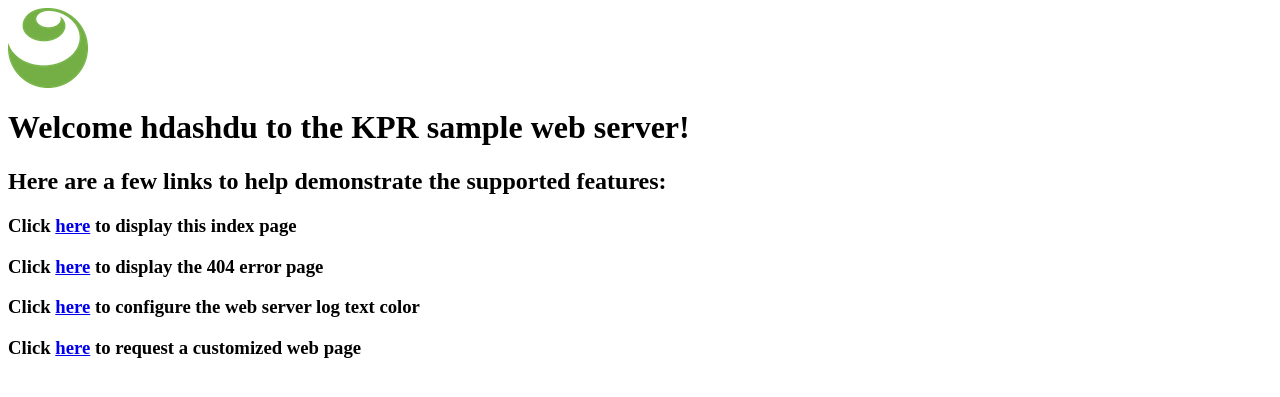
Repository: weiwei695/KPR_DreamHigh
Page: digital-rack-websockets-server/httpdocs/index.html
These files come from the project's save history. The page is drawn as it stood at one moment and after the next save; the edit follows.
The browser window is 1280 px wide. The pictures show the whole page.

Above is the page before, as saved 2015-08-03 07:33:30.

### digital-rack-websockets-server/httpdocs/index.html
<html>
   <body>
      <img src="/icon.png" width="80" height="80"/>
      <h1>Welcome hdashdu to the KPR sample web server!</h1>
	  <h2>Here are a few links to help demonstrate the supported features:</h2>
	  <h3>Click <a href="[SERVER]">here</a> to display this index page</h3>
	  <h3>Click <a href="[SERVER]bad/path">here</a> to display the 404 error page</h3>
	  <h3>Click <a href="[SERVER]configure">here</a> to configure the web server log text color</h3>
	  <h3>Click <a href="[SERVER]custom">here</a> to request a customized web page</h3>
   </body>
</html>

After the next save:
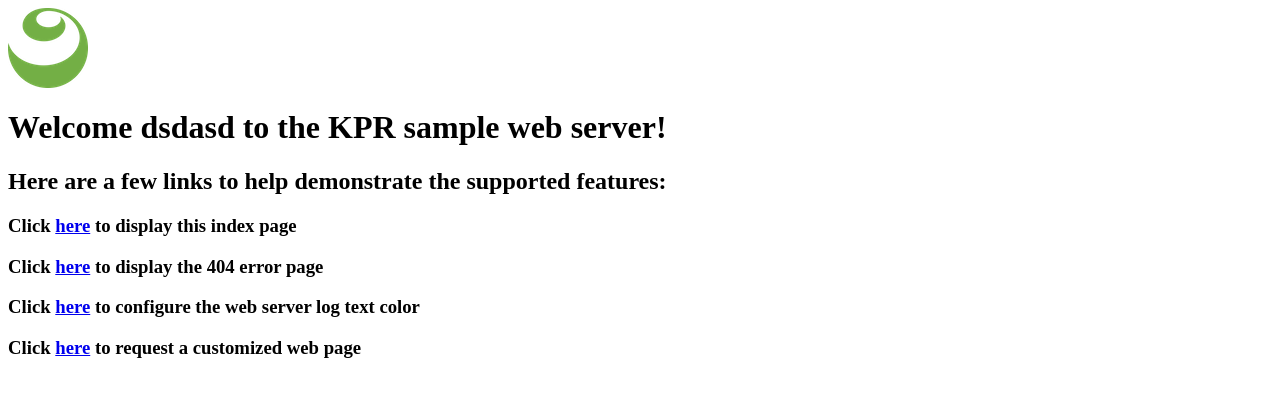
Saved 4 min 0 s later.
--- a/digital-rack-websockets-server/httpdocs/index.html
+++ b/digital-rack-websockets-server/httpdocs/index.html
@@ -1,7 +1,7 @@
 <html>
    <body>
       <img src="/icon.png" width="80" height="80"/>
-      <h1>Welcome hdashdu to the KPR sample web server!</h1>
+      <h1>Welcome dsdasd to the KPR sample web server!</h1>
 	  <h2>Here are a few links to help demonstrate the supported features:</h2>
 	  <h3>Click <a href="[SERVER]">here</a> to display this index page</h3>
 	  <h3>Click <a href="[SERVER]bad/path">here</a> to display the 404 error page</h3>
